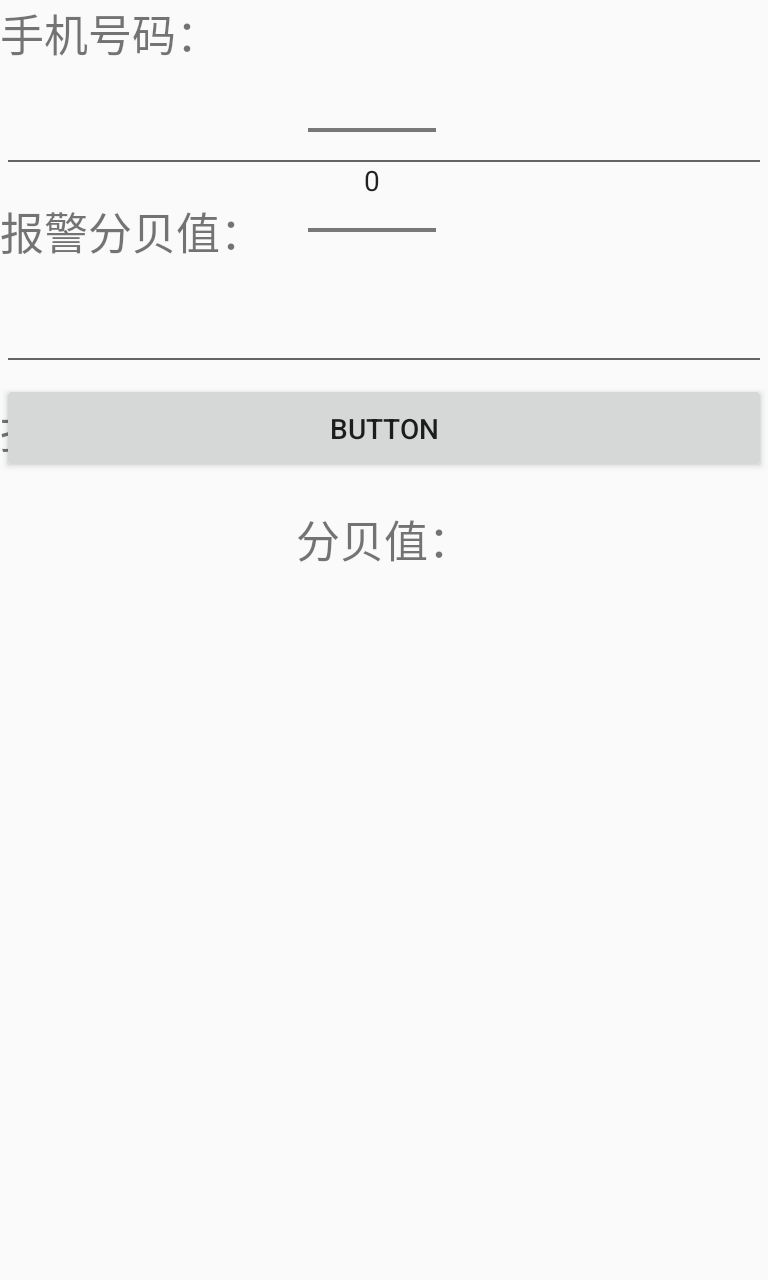
Repository: lovelyzhang/DBdetection
Layout: DBDetection/res/layout/activity_main.xml
An editor plug-in stored every save of this project. The layout is shown before and after the next save, followed by the edit.
It is drawn on a 768 x 1280 px phone screen (xhdpi) without system bars, with theme AppTheme; the app's code is not run.

Above is the layout before, as saved 2014-09-15 12:04:41.

After the next save:
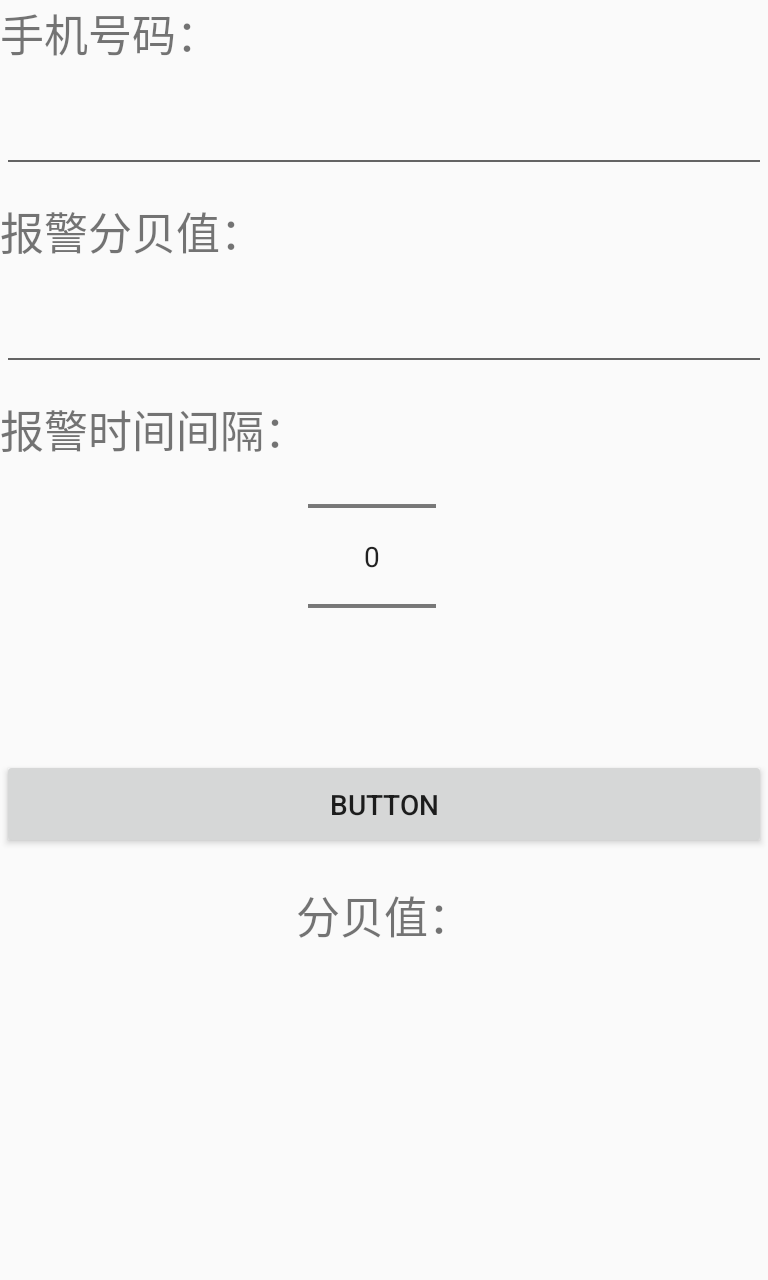
Saved 29 s later.
--- a/DBDetection/res/layout/activity_main.xml
+++ b/DBDetection/res/layout/activity_main.xml
@@ -60,6 +60,7 @@
      	    android:id="@+id/np"
    	        android:layout_width="wrap_content"
         	android:layout_height="wrap_content"
+        	android:layout_below="@id/MaxDBValue"
         	android:layout_toRightOf="@id/DBNumbers"
      	  />
 
